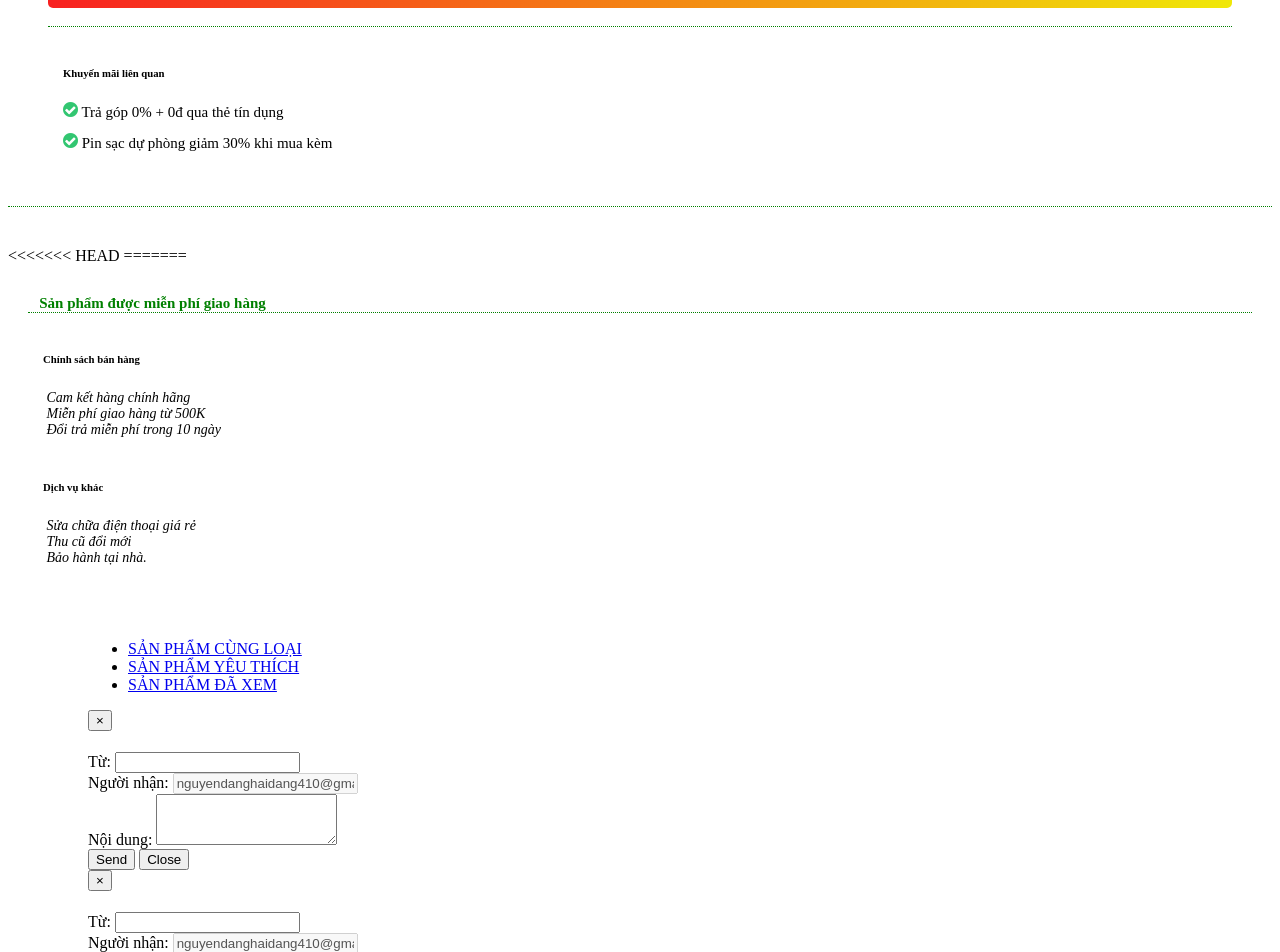
Repository: PhucDat28310/NaviProject
Page: http://localhost/CH_DT_Navi/WEB-INF/views/product/detail.jsp
An editor plug-in stored every save of this project. The page is shown before and after the next save, followed by the edit.
The browser window is 1280 px wide. The pictures show the part of the page from y = 922 to 1874 px (the page is 2192 px tall before and 2174 px after).
The page is served by Tomcat 9. Nobody is signed in. Other server files are loaded and not shown. The template is opened directly, without the code that normally fills it, so the values that code supplies are empty.

Above is the page before, as saved 2023-03-30 03:28:54.

### CH-DT/CH_DT_Navi/src/main/webapp/WEB-INF/views/product/detail.jsp
<%@ page pageEncoding="utf-8"%>
<%@ taglib uri="http://java.sun.com/jstl/core_rt" prefix="c"%>
<%@ taglib uri="http://java.sun.com/jstl/fmt_rt" prefix="f"%>


<c:set var="cart" value="${sessionScope['scopedTarget.cartService']}" />
<br />
<div class="row">
	<div class="col-sm-9">
		<div class="ct1">
			<!-- SHOP PRODUCTS -->
			<div class="row">
				<div class="col-sm-5">

					<div class="product-image">
						<img src="/static/images/products/${prod.image}"
							title="${prod.name}">
					</div>
				</div>
				<div class="col-sm-7">
					<div class="san-pham-ct">
						<h3 style="color: black; font-weight: bold; text-align: left;">
							${prod.name}</h3>
						<p>
							Thương hiệu: <b>${prod.category.nameVN}</b> | SKU: ${prod.id}
						</p>
						<br /> <a href="/product/detail/${prod.id}"> <c:choose>
								<c:when test="${prod.discount > 0 }">
									<p
										style="background-color: red; width: 30px; height: 30px; text-align: right; float: right; position: relative; border-radius: 30px; margin-right: 110px">
										<span
											style="margin-left: -28px; margin-top: 5px; font-size: 14px; color: #fff; position: absolute;">
											-<f:formatNumber value="${prod.discount}" type="percent" />
										</span>
									</p>
								</c:when>
								<c:otherwise>

								</c:otherwise>
							</c:choose>


						</a>
						<p style="padding: 3px; font-size: 20px; font-weight: bold;">
							<c:choose>
								<c:when test="${prod.discount <= 0 }">
									<span
										style="text-align: left; font-weight: bold; color: red"><f:formatNumber
											value="${prod.unitPrice}" pattern="#,###" />VNĐ </span>
								</c:when>
								<c:otherwise>
									<span
										style="text-decoration: line-through; color: Gray; font-weight: bold;">
										<f:formatNumber value="${prod.unitPrice}" pattern="#,###" />
										VNĐ
									</span>
								</c:otherwise>
							</c:choose>
							<c:choose>
								<c:when test="${prod.discount > 0 }">
									<span style="margin-left: 5px; font-weight: bold; color: red">
										<f:formatNumber
											value="${prod.unitPrice * (1 - prod.discount)}"
											pattern="#,###" /> VNĐ
									</span>
								</c:when>
								<c:otherwise>

								</c:otherwise>
							</c:choose>
						</p>
						<p>
							Tình trạng: <span
								style="background-color: #99FF99; border-radius: 4px; padding: 3px; color: black; font-weight: bold;">${prod.available?'Còn hàng':'Hết hàng'}</span>
						</p>

						<div class="row">
							<div class="col-sm-6" data-id="${prod.id}">
								<button class="theo-vao-gio btn-add-to-carts"
									data-toggle="modal" data-target="#myModals">THÊM VÀO
									GIỎ</button>
							</div>

						</div>

					</div>
					<br>
					<div class="sp-km">
						<h6>Khuyến mãi liên quan</h6>
						<p>
							<img style="margin-top: -5px"
								src="/static/images/icon/icon_km.png" width="15px" height="15px">
							<span>Trả góp 0% + 0đ qua thẻ tín dụng</span>
						</p>
						<p>
							<img style="margin-top: -5px"
								src="/static/images/icon/icon_km.png" width="15px" height="15px">
							<span>Pin sạc dự phòng giảm 30% khi mua kèm</span>
						</p>
					</div>
				</div>
			</div>
		</div>
		<div class="sp-km">
			<p>${prod.description}</p>

		</div>
	</div>
<<<<<<< HEAD

=======
	<!-- /SHOP PRODUCTS -->

	<div class="col-sm-3">
		<div class="ct2">
			<!-- SHOP SIDEBAR -->
			<b style="font-size: 15px; color: green;"><i class="fas fa-truck"></i>&nbsp;&nbsp;&nbsp;Sản
				phẩm được miễn phí giao hàng</b>
			<div class="sp-km">
				<h6>Chính sách bán hàng</h6>
				<i><i class="	far fa-check-circle ico"></i> &nbsp;Cam kết hàng
					chính hãng </i><br> <i><i class="fas fa-truck-monster ico"></i>
					&nbsp;Miễn phí giao hàng từ 500K</i><br> <i><i
					class="fas fa-redo ico"></i> &nbsp;Đổi trả miễn phí trong 10 ngày</i> <br>
				<br>
				<h6>Dịch vụ khác</h6>
				<i><i class="fas fa-hammer ico"></i> &nbsp;Sửa chữa điện thoại
					giá rẻ</i><br> <i><i class="fas fa-laptop ico"></i> &nbsp;Thu
					cũ đổi mới </i><br> <i><i class="fas fa-satellite-dish ico"></i>
					&nbsp;Bảo hành tại nhà.</i>
			</div>
			<!-- /SHOP SIDEBAR -->
		</div>
	</div>

</div>
</div>

<!-- /content -->
<br>


<!-- SP tương tự -->
<div class="container-fluid" style="padding: 0px 80px 0px 80px">
	<ul class="nav nav-tabs">
		<li class="active"><a data-toggle="tab" href="#tab1">SẢN PHẨM
				CÙNG LOẠI</a></li>
		<li><a data-toggle="tab" href="#tab2">SẢN PHẨM YÊU THÍCH</a></li>
		<li><a data-toggle="tab" href="#tab3">SẢN PHẨM ĐÃ XEM</a></li>
	</ul>

	<div class="tab-content">
		<div id="tab1" class="tab-pane fade in active">
			<div>
				<c:forEach var="p" items="${list}" begin="0" end="7">
					<div class="col-sm-3" style="padding: 5px 5px 5px 5px">
						<div class="thumbnail">

							<a href="/product/detail/${p.id}"> <c:choose>
									<c:when test="${p.discount > 0 }">
										<p
											style="background-color: red; width: 30px; height: 30px; text-align: right; float: right; position: relative; border-radius: 30px">
											<span
												style="margin-left: -28px; margin-top: 5px; font-size: 14px; color: #fff; position: absolute;">
												-<f:formatNumber value="${p.discount}" type="percent" />
											</span>
										</p>
									</c:when>
									<c:otherwise>

									</c:otherwise>
								</c:choose> <img style="margin-right: 30px; margin-top: 5px"
								class="estore-prod" src="/static/images/products/${p.image}"
								title="${p.name}">
							</a>

							<div class="caption">
								<p style="padding: 3px; text-align: center; color: black">
									<b>${p.name}</b>
								</p>
								<p
									style="padding: 3px; font-size: 15px; text-align: center; font-weight: bold;">
									<c:choose>
										<c:when test="${p.discount <= 0 }">
											<span style="text-align: left; font-weight: bold; color:red"><f:formatNumber
													value="${p.unitPrice}" pattern="#,###" />VNĐ </span>
										</c:when>
										<c:otherwise>
											<span
												style="text-decoration: line-through; color: Gray; font-weight: bold;">
												<f:formatNumber value="${p.unitPrice}" pattern="#,###" />
												VNĐ
											</span>
										</c:otherwise>
									</c:choose>
									<c:choose>
										<c:when test="${p.discount > 0 }">
											<span style="margin-left: 5px; font-weight: bold; color:red"> <f:formatNumber
													value="${p.unitPrice * (1 - p.discount)}" pattern="#,###" />
												VNĐ
											</span>
										</c:when>
										<c:otherwise>

										</c:otherwise>
									</c:choose>

								</p>
								<br /> <br />
								<div data-id="${p.id}" class="pull-center text-center">
									<button class="btn btn-sm btn-danger btn-add-to-cart">
										<i class="glyphicon glyphicon-shopping-cart"></i>
									</button>
									<button class="btn btn-sm btn-warning btn-star">
										<i class="glyphicon glyphicon-star"></i>
									</button>
									<button class="btn btn-sm btn-success btn-open-dialog"
										data-toggle="modal" data-target="#myModal">
										<i class="glyphicon glyphicon-envelope"></i>
									</button>
								</div>
							</div>


						</div>
					</div>

				</c:forEach>


				<jsp:include page="dialog.jsp" />
			</div>
		</div>
		<div id="tab2" class="tab-pane fade">
			<div>
				<c:forEach var="p" items="${favo}" begin="0" end="7">
					<div class="col-sm-3" style="padding: 5px 5px 5px 5px">
						<div class="thumbnail">

							<a href="/product/detail/${p.id}"> <c:choose>
									<c:when test="${p.discount > 0 }">
										<p
											style="background-color: red; width: 30px; height: 30px; text-align: right; float: right; position: relative; border-radius: 30px">
											<span
												style="margin-left: -28px; margin-top: 5px; font-size: 14px; color: #fff; position: absolute;">
												-<f:formatNumber value="${p.discount}" type="percent" />
											</span>
										</p>
									</c:when>
									<c:otherwise>

									</c:otherwise>
								</c:choose> <img style="margin-right: 30px; margin-top: 5px"
								class="estore-prod" src="/static/images/products/${p.image}"
								title="${p.name}">
							</a>

							<div class="caption">
								<p style="padding: 3px; text-align: center; color: black">
									<b>${p.name}</b>
								</p>
								<p
									style="padding: 3px; font-size: 15px; text-align: center; font-weight: bold;">
									<c:choose>
										<c:when test="${p.discount <= 0 }">
											<span style="text-align: left; font-weight: bold; color: red"><f:formatNumber
													value="${p.unitPrice}" pattern="#,###" />VNĐ </span>
										</c:when>
										<c:otherwise>
											<span
												style="text-decoration: line-through; color: Gray; font-weight: bold;">
												<f:formatNumber value="${p.unitPrice}" pattern="#,###" />
												VNĐ
											</span>
										</c:otherwise>
									</c:choose>
									<c:choose>
										<c:when test="${p.discount > 0 }">
											<span style="margin-left: 5px; font-weight: bold; color: red"> <f:formatNumber
													value="${p.unitPrice * (1 - p.discount)}" pattern="#,###" />
												VNĐ
											</span>
										</c:when>
										<c:otherwise>

										</c:otherwise>
									</c:choose>

								</p>
								<br /> <br />
								<div data-id="${p.id}" class="pull-center text-center">
									<button class="btn btn-sm btn-danger btn-add-to-cart">
										<i class="glyphicon glyphicon-shopping-cart"></i>
									</button>
									<button class="btn btn-sm btn-warning btn-star">
										<i class="glyphicon glyphicon-star"></i>
									</button>
									<button class="btn btn-sm btn-success btn-open-dialog"
										data-toggle="modal" data-target="#myModal">
										<i class="glyphicon glyphicon-envelope"></i>
									</button>
								</div>
							</div>


						</div>
					</div>

				</c:forEach>


				<jsp:include page="dialog.jsp" />
			</div>
		</div>
		<div id="tab3" class="tab-pane fade">
			<div>
				<c:forEach var="p" items="${viewed}" begin="0" end="7">
					<div class="col-sm-3" style="padding: 5px 5px 5px 5px">
						<div class="thumbnail">

							<a href="/product/detail/${p.id}"> <c:choose>
									<c:when test="${p.discount > 0 }">
										<p
											style="background-color: red; width: 30px; height: 30px; text-align: right; float: right; position: relative; border-radius: 30px">
											<span
												style="margin-left: -28px; margin-top: 5px; font-size: 14px; color: #fff; position: absolute;">
												-<f:formatNumber value="${p.discount}" type="percent" />
											</span>
										</p>
									</c:when>
									<c:otherwise>

									</c:otherwise>
								</c:choose> <img style="margin-right: 30px; margin-top: 5px"
								class="estore-prod" src="/static/images/products/${p.image}"
								title="${p.name}">
							</a>

							<div class="caption">
								<p style="padding: 3px; text-align: center; color: black">
									<b>${p.name}</b>
								</p>
								<p
									style="padding: 3px; font-size: 15px; text-align: center; font-weight: bold;">
									<c:choose>
										<c:when test="${p.discount <= 0 }">
											<span style="text-align: left; font-weight: bold; color: red"><f:formatNumber
													value="${p.unitPrice}" pattern="#,###" />VNĐ </span>
										</c:when>
										<c:otherwise>
											<span
												style="text-decoration: line-through; color: Gray; font-weight: bold;">
												<f:formatNumber value="${p.unitPrice}" pattern="#,###" />
												VNĐ
											</span>
										</c:otherwise>
									</c:choose>
									<c:choose>
										<c:when test="${p.discount > 0 }">
											<span style="margin-left: 5px; font-weight: bold; color: red"> <f:formatNumber
													value="${p.unitPrice * (1 - p.discount)}" pattern="#,###" />
												VNĐ
											</span>
										</c:when>
										<c:otherwise>

										</c:otherwise>
									</c:choose>

								</p>
								<br /> <br />
								<div data-id="${p.id}" class="pull-center text-center">
									<button class="btn btn-sm btn-danger btn-add-to-cart">
										<i class="glyphicon glyphicon-shopping-cart"></i>
									</button>
									<button class="btn btn-sm btn-warning btn-star">
										<i class="glyphicon glyphicon-star"></i>
									</button>
									<button class="btn btn-sm btn-success btn-open-dialog"
										data-toggle="modal" data-target="#myModal">
										<i class="glyphicon glyphicon-envelope"></i>
									</button>
								</div>
							</div>


						</div>
					</div>

				</c:forEach>

			</div>
		</div>
<<<<<<< HEAD
</div>
	<br />
=======
		<jsp:include page="dialog.jsp" />
	</div>
</div>

<br />

<jsp:include page="dialog_cart.jsp" />
<style>
.thumbnail:hover {
	-webkit-box-shadow: 1px 3px 27px 2px rgba(0, 0, 0, 0.42);
	-moz-box-shadow: 1px 3px 27px 2px rgba(0, 0, 0, 0.42);
	box-shadow: 1px 3px 27px 2px rgba(0, 0, 0, 0.42);
}

.pull-center {
	margin-top: -30px;
}

.caption {
	height: 150px
}

.mua-ngay {
	border-radius: 5px;
	padding: 5px 10px;
	text-align: center;
	background-color: rgb(20, 53, 195);
	border: none;
	color: #fff;
	font-weight: 800;
	width: 100%;
	font-size: 18px;
}

.theo-vao-gio {
	border-radius: 5px;
	padding: 5px;
	text-align: center;
	background-image: linear-gradient(-90deg, rgb(240, 232, 8),
		rgb(248, 32, 32));
	border: none;
	color: #fff;
	font-weight: 800;
	width: 100%;
	font-size: 18px;
}

.ct1 {
	background-color: #fff;
	padding: 30px 40px;
	border-radius: 10px;
}

.ct2 {
	background-color: #fff;
	padding: 30px 20px;
	border-radius: 10px;
}

.product-image img {
	width: 100%;
	height: 100%;
}

.sp-km {
	padding-top: 15px;
	border-top: 1px dotted green;
	padding: 15px 0px 10px 15px
}

.sp-km li {
	font-size: 15px;
}

.sp-km p {
	font-size: 15px;
	line-height: 16px;
}

.sp-km i {
	font-size: 14px;
	line-height: 16px;
}

.sp-km .ico {
	color: #0c78aa;
}

.san-pham-ct p {
	margin-top: -5px;
	color: #616060;
}

.san-pham-ct b {
	color: #076692;
}

.san-pham-ct u {
	color: #fa0606;
	font-weight: bold;
	font-size: x-large;
}
</style>

### CH-DT/CH_DT_Navi/src/main/webapp/WEB-INF/views/product/dialog.jsp
<%@ page pageEncoding="utf-8"%>


<!-- Modal -->
<div id="myModal" class="modal fade" role="dialog">
	<div class="modal-dialog">

		<!-- Modal content-->
		<div class="modal-content">
			<div class="modal-header">
				<button type="button" class="close" data-dismiss="modal">&times;</button>
				<h4 class="modal-title"></h4>
			</div>
			<div class="modal-body">
				<div class="form-group">
					<label>Từ:</label>
					<input id="email" class="form-control">
				</div>
				<div class="form-group">
					<label>Người nhận:</label>
					<input disabled="disabled" value="nguyendanghaidang410@gmail.com" id="sender" class="form-control">
				</div>
				<div class="form-group">
					<label>Nội dung:</label>
					<textarea id="comments" class="form-control" rows="3"></textarea>
				</div>
				<input type="hidden" id="id">
			</div>
			<div class="modal-footer">
				<button class="btn btn-default btn-send">Send</button>
				<button class="btn btn-default" data-dismiss="modal">Close</button>
			</div>
		</div>

	</div>
</div>

### CH-DT/CH_DT_Navi/src/main/webapp/WEB-INF/views/product/dialog_cart.jsp
<%@ page pageEncoding="utf-8"%>
<%@ taglib uri="http://java.sun.com/jstl/core_rt" prefix="c"%>
<%@ taglib uri="http://java.sun.com/jstl/fmt_rt" prefix="f"%>

<c:set var="cart" value="${sessionScope['scopedTarget.cartService']}" />

<!-- Modal -->
<c:forEach var="p" items="${list}">
<div id="myModals" class="modal fade" role="dialog">
	<div class="modal-dialog">

		<!-- Modal content-->
		<div class="modal-content">
			<div class="modal-header">
			<h4 class="modal-title text-center">Thông báo</h4>
				<button type="button" class="close" data-dismiss="modal">&times;</button>
			</div>
			<div style="padding: 20px 10px 20px 10px;font-size: 16px">
				Bạn đã thêm sản phẩm <b> ${p.name} </b>vào giỏ hàng!
			</div>
			<div class="modal-footer text-center">
				<a style="width: 300px" class="btn btn-primary " href="/cart/view">Xem giỏ hàng</a>
				<button style="width: 100px;height: 35px;border:1px solid red;background-color: #C0C0C0" type="button" class="btn btn-dark close" data-dismiss="modal">OK</button>
			</div>
		</div>

	</div>
</div>
</c:forEach>

After the next save:
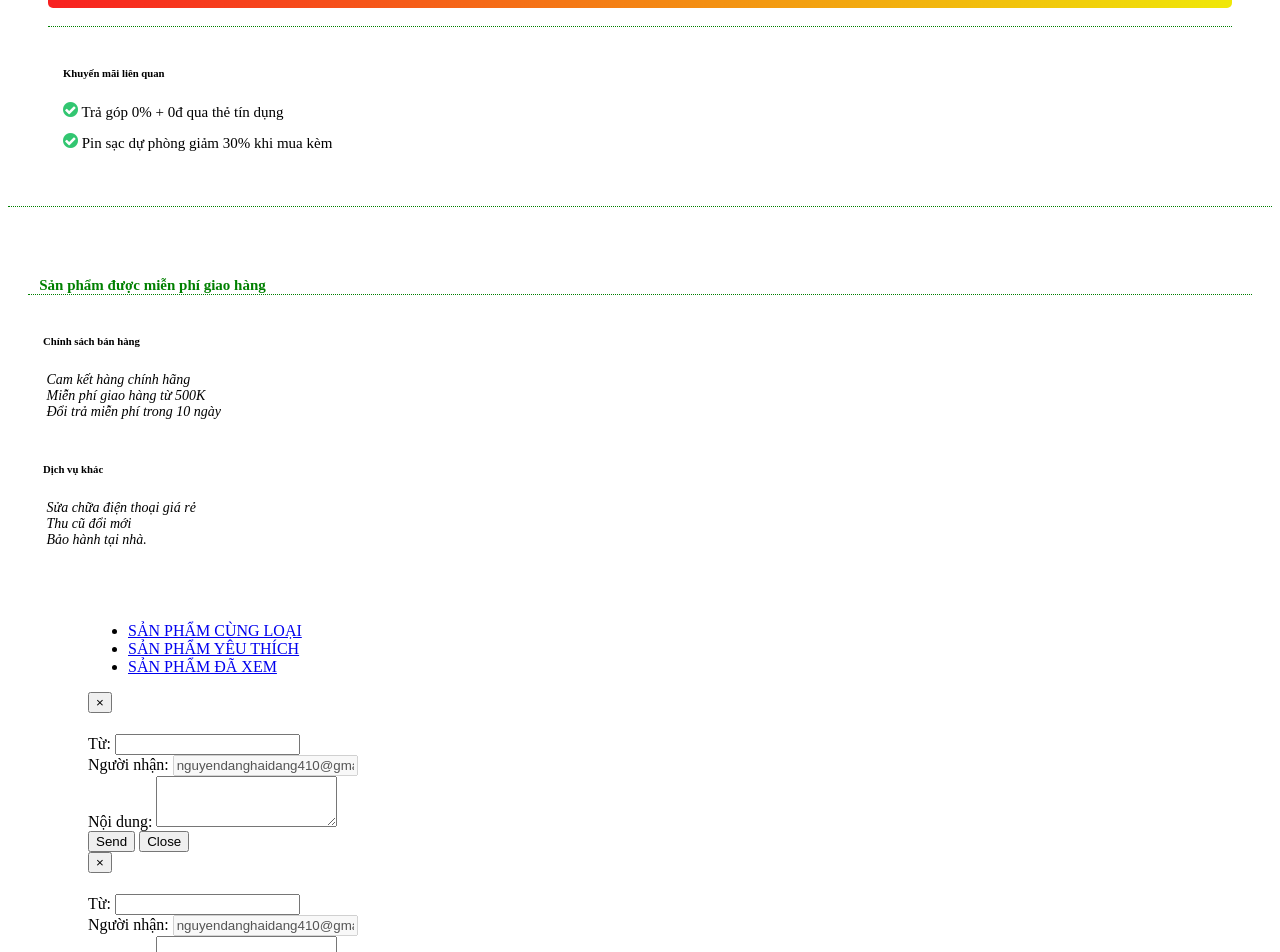
Saved 45 min 39 s later.
--- a/CH-DT/CH_DT_Navi/src/main/webapp/WEB-INF/views/product/detail.jsp
+++ b/CH-DT/CH_DT_Navi/src/main/webapp/WEB-INF/views/product/detail.jsp
@@ -106,9 +106,7 @@
 
 		</div>
 	</div>
-<<<<<<< HEAD
-
-=======
+
 	<!-- /SHOP PRODUCTS -->
 
 	<div class="col-sm-3">
